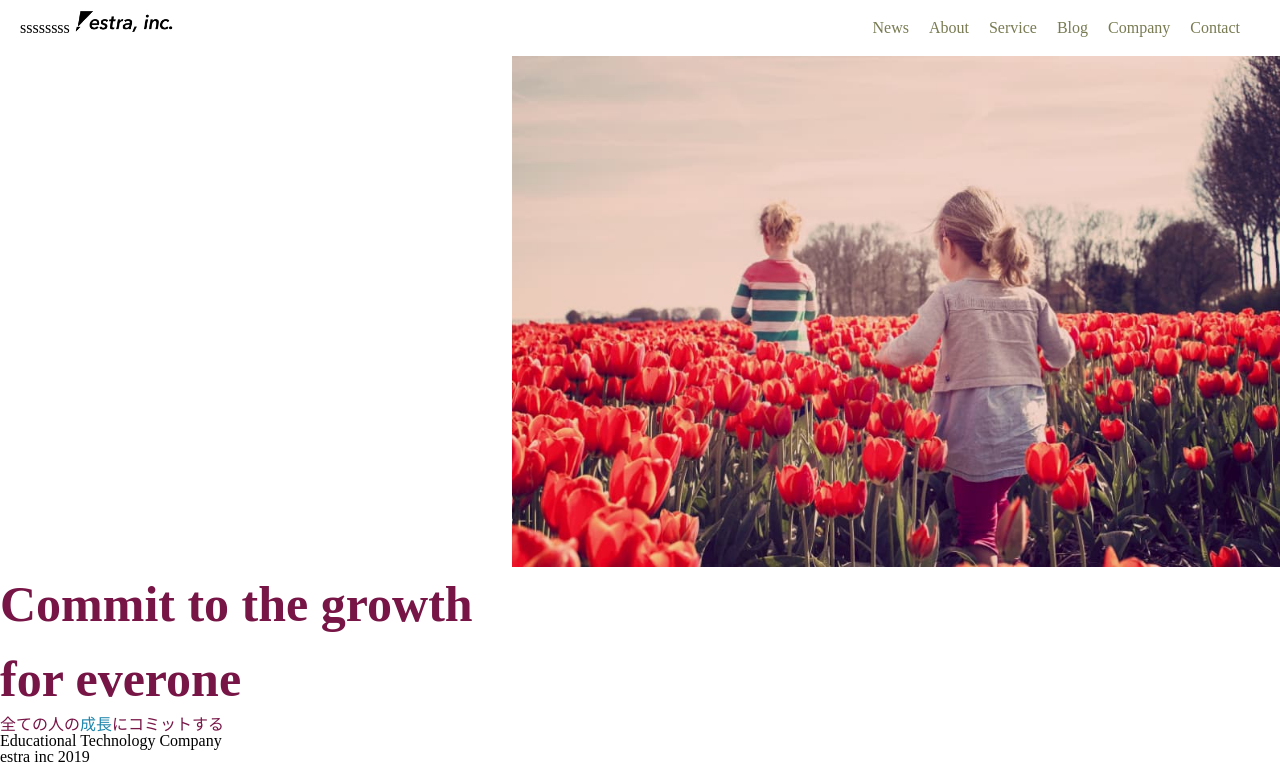
Repository: masanarimiura/20220504miura
Page: index.html
These files come from the project's save history. The page is drawn as it stood at one moment and after the next save; the edit follows.
The browser window is 1280 px wide. The pictures show the whole page.
Some web fonts or font styles are not loaded; a fallback is used.

Above is the page before, as saved 2022-05-04 18:24:01.

After the next save:
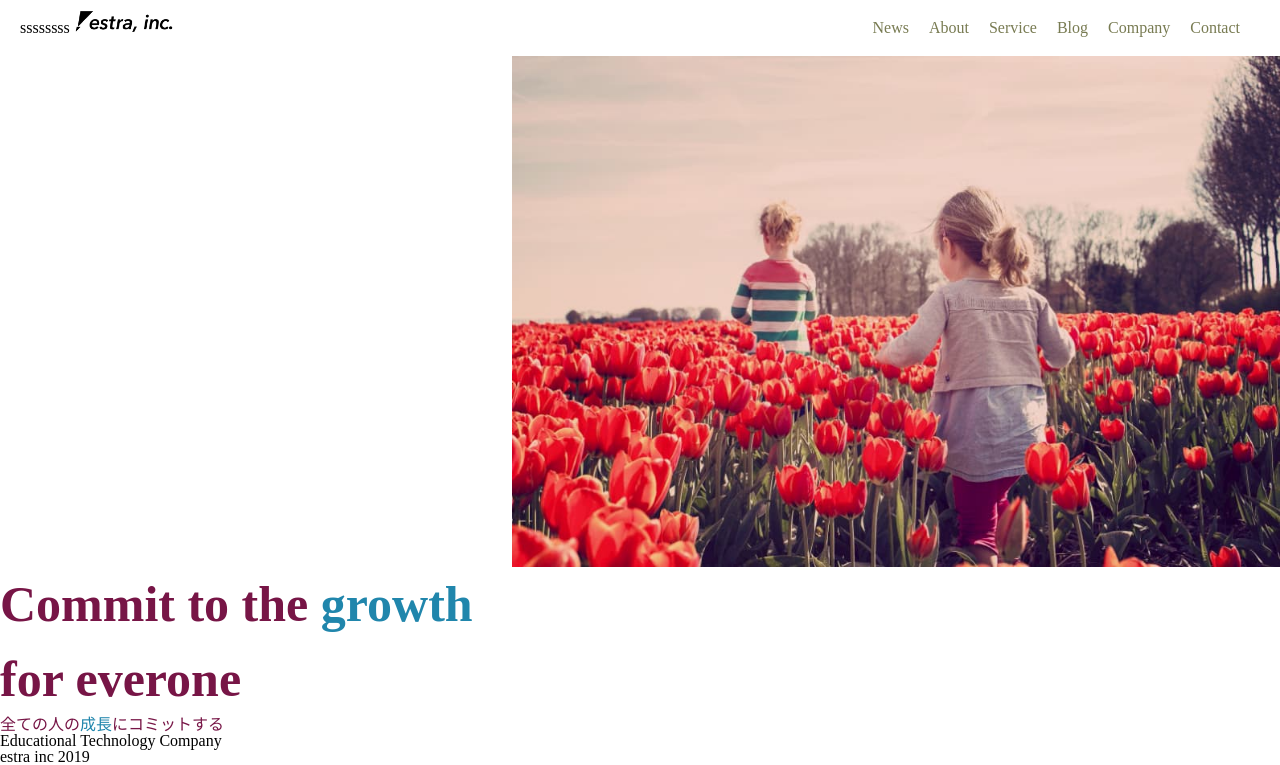
Saved 74 s later.
--- a/index.html
+++ b/index.html
@@ -46,7 +46,7 @@
 <div class="firstview">
   <img src="img/firstview.jpg" alt="">
   <h2 class="firstview-ttl">
-    Commit to the <span class="firstview-text-emphasis"></span>growth</span> <br>for everone
+    Commit to the <span class="firstview-text-emphasis">growth</span> <br>for everone
   </h2>
   <div class="firstview">
     <p class="firstview-text">
